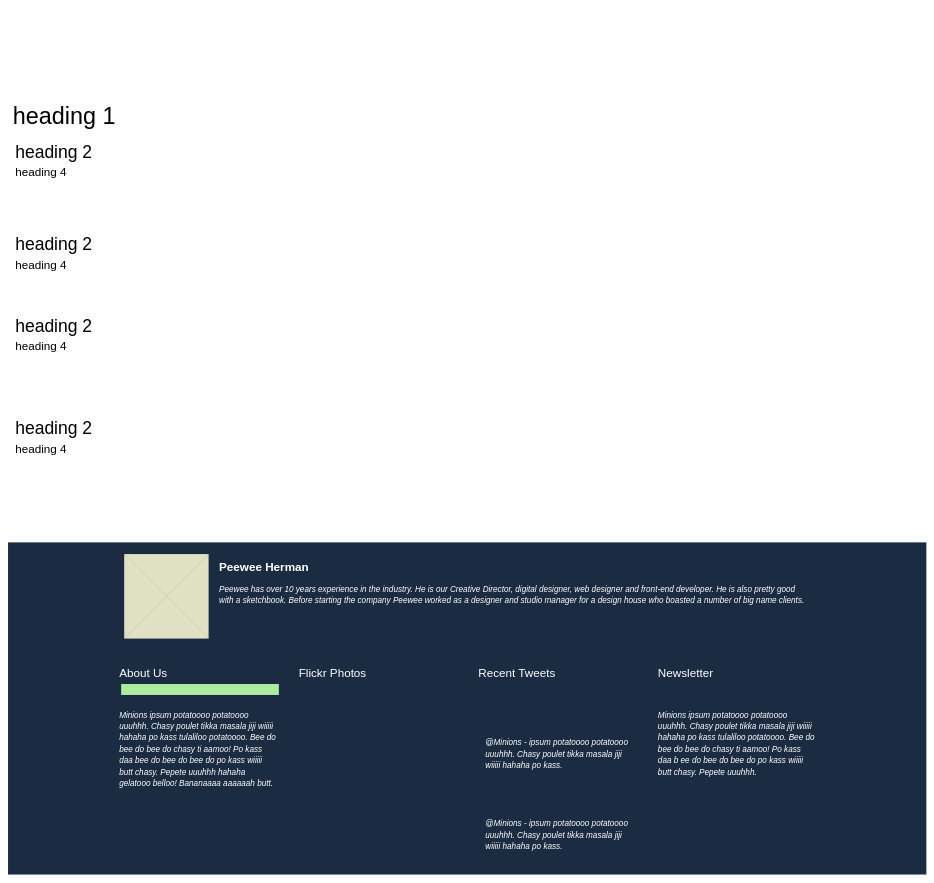
Repository: MonicaNguyenH/LAB-02A-Project1
Page: index.html
These files come from the project's save history. The page is drawn as it stood at one moment and after the next save; the edit follows.
The browser window is 1280 px wide. The pictures show the whole page, at 73% of full size.

Above is the page before, as saved 2024-02-06 19:51:24.

### index.html
<!doctype html>
<html class="no-js" lang="EN">

    <head>
        <meta charset="utf-8">
        <meta name="viewport" content="width=device-width, initial-scale=1">
        <title>Jumi - Tina - Monica  LAB-02A</title>
        <link rel="stylesheet" href="css/style.css">
        <meta name="description" content="">

        <meta property="og:title" content="">
        <meta property="og:type" content="">
        <meta property="og:url" content="">
        <meta property="og:image" content="">

        <link rel="icon" href="/favicon.ico" sizes="any">
        <link rel="icon" href="/icon.svg" type="image/svg+xml">
        <link rel="apple-touch-icon" href="icon.png">

        <link rel="manifest" href="site.webmanifest">
        <meta name="theme-color" content="#fafafa">
    </head>
    <body>
            <div className="row">
                <header class="headerContainer">
                    <div class="navigationBar">
                        <div class="logo"></div>
                        <div class="menuContainer">
                            <div class="menuComponent"></div>
                            <div class="menuComponent"></div>
                            <div class="menuComponent"></div>
                            <div class="menuComponent"></div>
                            <div class="menuComponent"></div>
                    </div>
                    <div class="carouselContainer"></div>
            </header>
            <main class="mainContainer">
                <div class="headingContainer">
                    <h1 class="headingOne">heading 1</h1>
                </div>
                <!--can be called serviceContainer-->
                <div class="infoContainer">
                    <div class="infoTitle">
                        <h2 class="headingTwo">heading 2</h2> <!--section intro heading-->
                        <h4 class="headingFour">heading 4</h4> <!--section intro subheading-->
                    </div>
                    <!--can be called sectionItem-->
                    <div class="infoBox"></div>
                    <div class="infoBox"></div>
                    <div class="infoBox"></div>
                    <div class="infoBox"></div>
                </div>
                <div class="imageContainer">
                    <div class="imageTitle">
                        <h2 class="headingTwo">heading 2</h2>
                        <h4 class="headingFour">heading 4</h4>
                    </div>
                    <div class="imageBox"></div>
                    <div class="imageBox"></div>
                    <div class="imageBox"></div>
                </div>
                <div class="projectContainer">
                    <div class="projectTitle">
                        <h2 class="headingTwo">heading 2</h2>
                        <h4 class="headingFour">heading 4</h4>
                    </div>
                    <div class="projectBox"></div>
                    <div class="projectBox"></div>
                    <div class="projectBox"></div>
                    <div class="projectBox"></div>
                    <div class="projectBox"></div>
                </div>
                <div class="accordionContainer">
                    <div class="accordionTitle">
                        <h2 class="headingTwo">heading 2</h2>
                        <h4 class="headingFour">heading 4</h4>
                    </div>
                    <div class="accordionMenu"></div>
                    <div class="accordionTab"></div>
                </div>
                <div class="sponsorshipContainer ">
                    <div class="sponsor"></div>
                    <div class="sponsor"></div>
                    <div class="sponsor"></div>
                    <div class="sponsor"></div>
                    <div class="sponsor"></div>
                </div>
            </main>
            <footer class="footerContainer">
                <div class="row s-col-1 m-col-2 l-col-4">
                    <div class="col row-span">
                        <div class="grid s-col-2 m-col-2-1 l-col-2-1">
                            <div class="col">
                                <img src="img/placeholder.svg" alt="placeholder image"/>
                            </div>
                            <div class="col">
                                <h5 class="headingFive">Peewee Herman</h5>
                                <p>Peewee has over 10 years experience in the industry. He is our Creative Director, digital designer, web designer and front-end developer. He is also pretty good with a sketchbook. Before starting the company Peewee worked as a designer and studio manager for a design house who boasted a number of big name clients.</p>
                            </div>
                        </div>
                    </div>
                    <div class="footerBox">
                        <h4 class="headingFour">About Us</h4>
                        <div class="arrow">
                            <div class="horizontal-line" style="background-color: var(--green);"></div>
                            <div class="down-arrow"></div>
                        </div>
                        <p>Minions ipsum potatoooo potatoooo uuuhhh. Chasy poulet tikka masala jiji wiiiii hahaha po kass tulaliloo potatoooo. Bee do bee do bee do chasy ti aamoo! Po kass daa bee do bee do bee do po kass wiiiii butt chasy. Pepete uuuhhh hahaha gelatooo belloo! Bananaaaa aaaaaah butt.</p>
                        <div>
                            <div></div>
                            <div></div>
                            <div></div>
                            <div></div>
                            <div></div>
                        </div>
                    </div>
                    <div class="footerBox">
                        <h4 class="headingFour">Flickr Photos</h4>
                        <div class="arrow"></div>
                        <div>
                            <div></div>
                            <div></div>
                            <div></div>
                            <div></div>
                            <div></div>
                            <div></div>
                        </div>
                    </div>
                    <div class="footerBox">
                        <h4 class="headingFour">Recent Tweets</h4>
                        <div class="arrow"></div>
                        <div>
                            <div>
                                <div>
                                    <img src="" alt=""/>
                                </div>
                                <div>
                                    <p><span>@Minions</span> - ipsum potatoooo potatoooo uuuhhh. Chasy poulet tikka masala jiji wiiiii hahaha po kass. </p>
                                </div>
                            </div>
                            <div>
                                <div>
                                    <img src="" alt=""/>
                                </div>
                                <div>
                                    <p><span>@Minions</span> - ipsum potatoooo potatoooo uuuhhh. Chasy poulet tikka masala jiji wiiiii hahaha po kass. </p>
                                </div>
                            </div>
                        </div>
                    </div>
                    <div class="footerBox">
                        <h4 class="headingFour">Newsletter</h4>
                        <div class="arrow"></div>
                        <p>Minions ipsum potatoooo potatoooo uuuhhh. Chasy poulet tikka masala jiji wiiiii hahaha po kass tulaliloo potatoooo. Bee do bee do bee do chasy ti aamoo! Po kass daa b ee do bee do bee do po kass wiiiii butt chasy. Pepete uuuhhh. </p>
                        <img src="" alt=""/>
                    </div>
                </div>
            </footer>
        </div>
    </body>


</html>

<!--
    - BEM
    - use instead of articleContainer - article
    - aricleItem
    - carouselSlide
    - never number stuff
    - naming convention is to reuse them as much as possible
    - dry - dont repeat yourself
    - avoid using straight width - height

-->

### css/style.css
:root {
    font-size: 16px;
    line-height: 1.4;
    color: var(--black);
    font-family: Helvetica, sans-serif;

    --dark-blue: #1B2C42;
    --white: #fff;
    --black: black;
    --blue: #56CBF9;
    --green: #ACECA1;
    --yellow: #F5D491;
    --pink: #F17EA6;
 }

audio,
canvas,
iframe,
img,
svg,
video {
    vertical-align: middle;
}

fieldset {
    border: 0;
    margin: 0;
    padding: 0;
}

textarea {
    resize: vertical;
}

img {
    width: 100%;
}

h1,
h2,
h3,
h4,
h5,
h6 {
    font-family: Arial, Helvetica, sans-serif;
    font-weight: 300;
    margin: 0;
}

p {
    font-family: Arial, Helvetica, sans-serif;
    font-size: 0.7rem;
    font-style: italic;
}

h5 {
    font-size: 1em;
    padding-top: 1vh;
    font-weight: bold;
}

div,
main,
section,
footer,
header {
    min-height: 0.5rem;
    padding: 0.2rem;
}

/**core layout**/
.row {
    display: grid;
    row-gap: 1rem;
    margin: auto;
}

.col {
    position: relative;
}

/********************STYLING********************/
.footerContainer {
    background-color: var(--dark-blue);
    color: var(--white);
}

.row-span {
    grid-column-start: 1;
    grid-column-end: -1;
}


.grid {
    display: grid;
    column-gap: 0.5rem;
    row-gap: 0.5rem;
}


/*********************Small only*********************/
@media screen and (max-width: 39.9375em) {
    .row {
        margin: auto;
        max-width: 60rem;
        column-gap: 1.5rem;
        row-gap: 1.5rem;
    }

    .s-col-1 {
        grid-template-columns: 1fr;
    }

    .s-col-2 {
        grid-template-columns: 1fr 1fr;
    }

    .col-2 {
        grid-template-columns: 1fr 1fr;
    }

}


/********************** Medium and up **********************/
@media screen and (min-width: 40em) {
    .row {
        margin: auto;
        max-width: 40rem;
        column-gap: 1.5rem;
        row-gap: 1.5rem;
    }

    .m-col-2 {
        grid-template-columns: 1fr 1fr;
    }

    .m-col-2-1 {
        grid-template-columns: 0.2fr 1fr;
    }



}


/********************** Medium only **********************/
@media screen and (min-width: 40em) and
(max-width: 63.9375em) {

}


/********************** Large and up **********************/
@media screen and (min-width: 64em) {
    .row{
        margin: auto;
        max-width: 60rem;
        column-gap: 1.5rem;
        row-gap: 1.5rem;
    }

    .l-col-4 {
        grid-template-columns: repeat(4, 1fr);
    }

    .l-col-2-1 {
        grid-template-columns: 0.15fr 1fr;
    }


}


/********************** Large only **********************/
@media screen and (min-width: 64em) and
(max-width: 74.9375em) {
}

/********************** FOOTER **********************/
.down-arrow {
    position: absolute;
    top: 0%; /* Position at 1/3 of the height of the line */
    left: calc(1/10 * 100%);
    transform: translateX(-50%);
    width: 0; /*These properties ensure that the element has no intrinsic size on its own.*/
    height: 0;
    border-left: 10px solid transparent; /*This creates the left side of the triangle, which is a solid line of 10 pixels, but it's made transparent to form the left side of the triangle.*/
    border-right: 10px solid transparent;
     /*This forms the base of the triangle, creating a solid line of 10 pixels in height and colored */
}

.horizontal-line {
    width: 100%;
    height: 2px;
}

.arrow {
    position: relative;
    height: 20px;
}








/*
p {
        font-size: 0.6em;
        font-style: italic;
    }




p {
        font-size: 0.2em;
        font-style: italic;
    }



p {
    font-size: 0.7em;
    font-style: italic;
}


/*

After the next save:
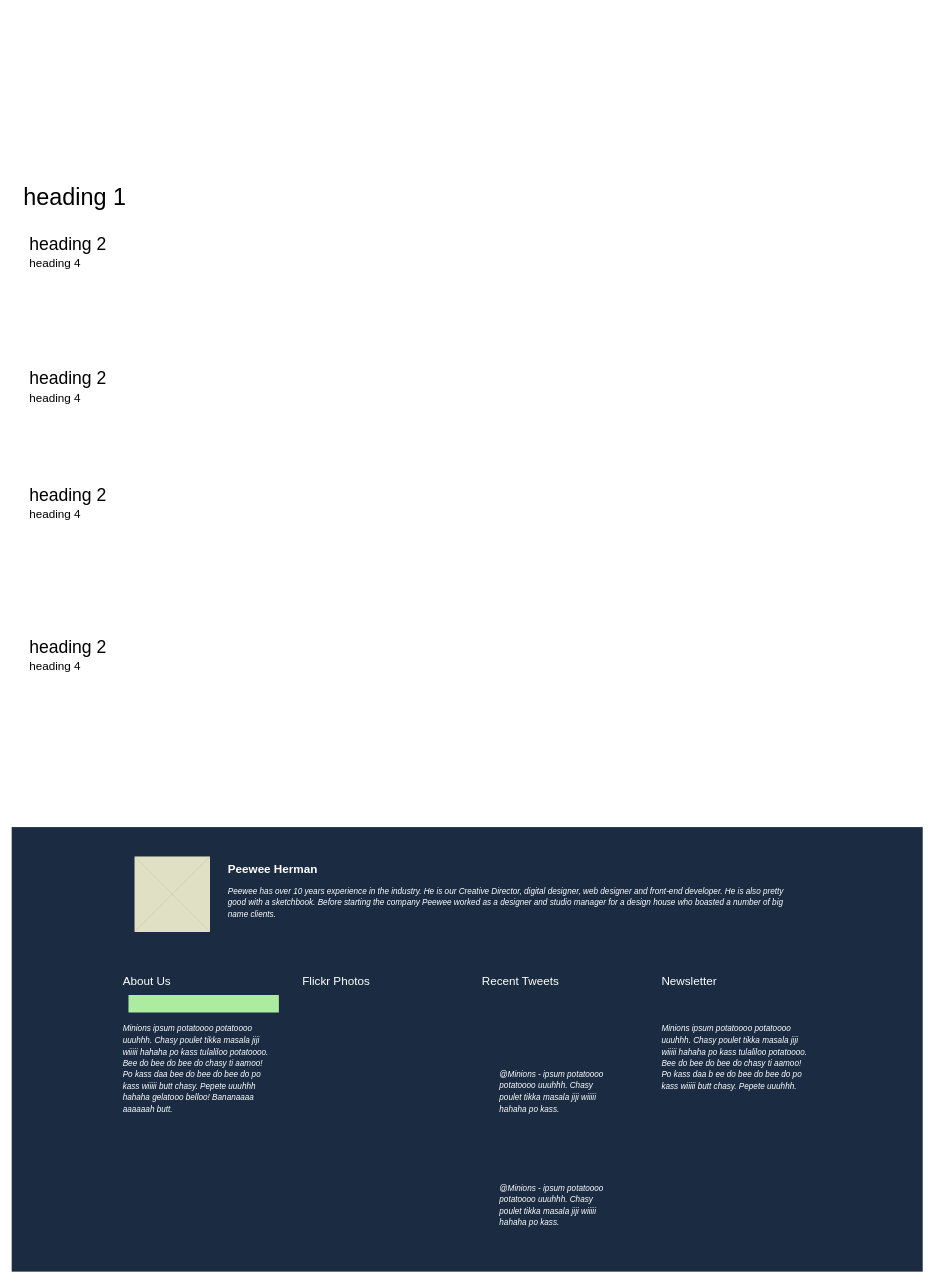
Saved 7 s later.
--- a/css/style.css
+++ b/css/style.css
@@ -65,7 +65,7 @@
 footer,
 header {
     min-height: 0.5rem;
-    padding: 0.2rem;
+    padding: 0.5rem;
 }
 
 /**core layout**/
